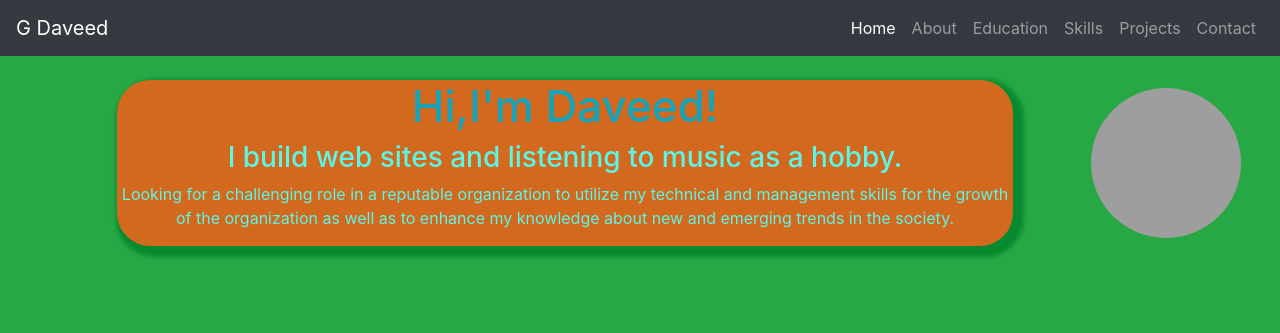
Repository: DaveedGangi/DaveedWebsite
Page: one.html
These files come from the project's save history. The page is drawn as it stood at one moment and after a run of saves; the edit follows.
The browser window is 1280 px wide. The pictures show the whole page.
Pictures or frames that could not be fetched are drawn as grey boxes.

Above is the page before, as saved 2023-10-23 12:12:19.

### one.html
<html>
    <head>
    <link rel="stylesheet" href="two.css"></link>
    <link rel="stylesheet" href="https://cdn.jsdelivr.net/npm/bootstrap@4.5.3/dist/css/bootstrap.min.css" integrity="sha384-TX8t27EcRE3e/ihU7zmQxVncDAy5uIKz4rEkgIXeMed4M0jlfIDPvg6uqKI2xXr2" crossorigin="anonymous">
    <script src="https://code.jquery.com/jquery-3.5.1.slim.min.js" integrity="sha384-DfXdz2htPH0lsSSs5nCTpuj/zy4C+OGpamoFVy38MVBnE+IbbVYUew+OrCXaRkfj" crossorigin="anonymous"></script>
    <script src="https://cdn.jsdelivr.net/npm/bootstrap@4.5.3/dist/js/bootstrap.bundle.min.js" integrity="sha384-ho+j7jyWK8fNQe+A12Hb8AhRq26LrZ/JpcUGGOn+Y7RsweNrtN/tE3MoK7ZeZDyx" crossorigin="anonymous"></script>



</head>

<body>
<div class="bgcontainer bg-success">
    <nav class="navbar navbar-expand-lg navbar-dark bg-dark">
        <a class="navbar-brand" href="#">G Daveed</a>
        <button class="navbar-toggler" type="button" data-toggle="collapse" data-target="#navbarNavAltMarkup" aria-controls="navbarNavAltMarkup" aria-expanded="false" aria-label="Toggle navigation">
          <span class="navbar-toggler-icon"></span>
        </button>
        <div class="collapse navbar-collapse" id="navbarNavAltMarkup">
          <div class="navbar-nav ml-auto">
            <a class="nav-link active" href="#">Home <span class="sr-only">(current)</span></a>

            <a class="nav-link" href="#">About</a>
            <a class="nav-link" href="#">Education</a>
            <a class="nav-link" href="#">Skills</a>
            <a class="nav-link" href="#">Projects</a>
            <a class="nav-link" href="#">Contact</a>

          </div>
        </div>
      </nav>


      <div class="mystory">
        <div>
          <img class="image1" src="https://i.ibb.co/T4YX7Jh/IMG-20221229-170952.jpg">
        </div>
        <div class="card1">
        <h1 class="hi text-info">Hi,I'm Daveed!</h1>
        <h3 class="paragraph">I build web sites and listening to music as a hobby.</h3>

        <p>Looking for a challenging role in a reputable organization to utilize my technical and management  skills for the growth of the organization as well as to enhance my knowledge about new and emerging trends in  the society. </p>

      </div>
      <div>
        <img class="image2" src="https://i.ibb.co/T4YX7Jh/IMG-20221229-170952.jpg">
      </div>

    </div>





    </div>

</body>
</html>

### two.css
.bgcontainer {
    height:100vh;
    background-size:cover;

}
.mystory{
    color:rgb(93, 245, 230);
    display: flex;
    flex-direction:column;
    justify-content: center;
    padding-top:24px;
    justify-content:space-around;
    align-items: center;

}
.image1{
    height:150px;
    width:150px;
    border-radius:100px;
    margin:12px;

}
.image2{
    height:150px;
    width:150px;
    border-radius:100px;
    display: none;

}
.card1{

    width:70vw;
    background-color: chocolate;
    border-radius: 33px;
    display: flex;
    flex-direction: column;
    text-align: center;
    align-items:center;
    box-shadow:5px 5px 4px 6px rgb(7, 138, 47);
}
.hi{
    font-size:44px;
}
@media (min-width: 768px){
    .mystory{
        display: flex;
        flex-direction: row;
    }
    .image1{
        display:none;
    }
    .image2{
        display: block;
    }

}

After the next 2 saves:
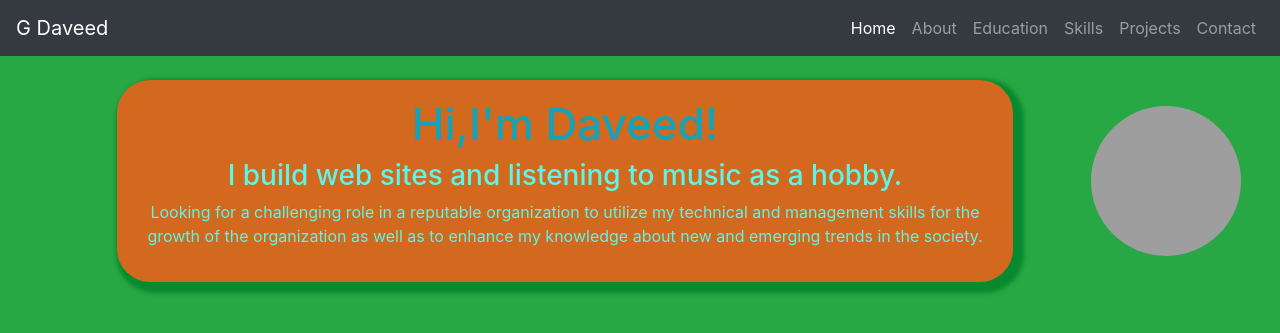
The 2 saves are shown as one change because they came seconds apart.
The last was saved 36 s later.
--- a/two.css
+++ b/two.css
@@ -33,6 +33,7 @@
     background-color: chocolate;
     border-radius: 33px;
     display: flex;
+    padding:18px;
     flex-direction: column;
     text-align: center;
     align-items:center;
